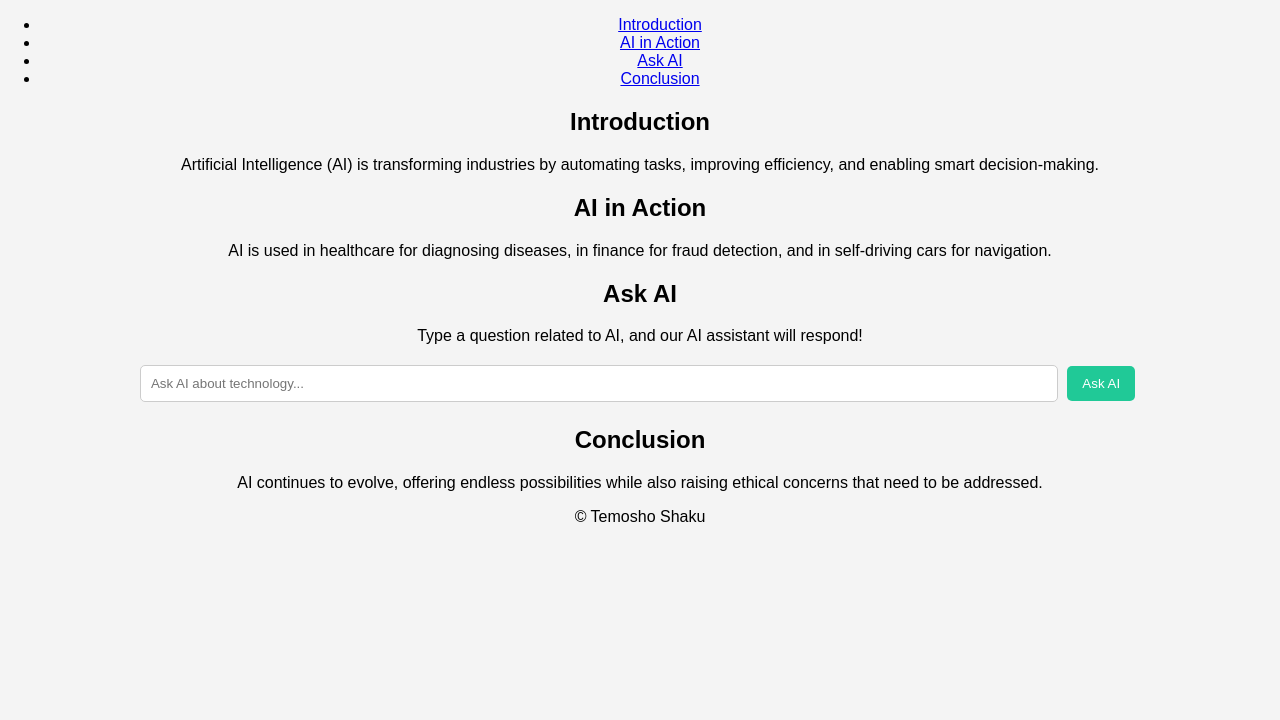
Repository: TemoshoS/ai
Page: index.html
The author's editor kept a copy of each file at every save. The page is drawn from the files as they stood at one save, then again after the next save.
The browser window is 1280 px wide. The pictures show the whole page.

Above is the page before, as saved 2025-02-16 13:58:58.
Console error: TypeError: Cannot read properties of null (reading 'addEventListener')

### index.html
<!DOCTYPE html>
<html lang="en">
<head>
    <meta charset="UTF-8">
    <meta name="viewport" content="width=device-width, initial-scale=1.0">
    <title>AI Revolution</title>
    <link rel="stylesheet" href="styles.css">
</head>
<body>

    <nav>
        <ul>
            <li><a href="#intro">Introduction</a></li>
            <li><a href="#body">AI in Action</a></li>
            <li><a href="#chatbot">Ask AI</a></li>
            <li><a href="#conclusion">Conclusion</a></li>
        </ul>
    </nav>

    <section id="intro">
        <h2>Introduction</h2>
        <p>Artificial Intelligence (AI) is transforming industries by automating tasks, improving efficiency, and enabling smart decision-making.</p>
    </section>

    <section id="body">
        <h2>AI in Action</h2>
        <p>AI is used in healthcare for diagnosing diseases, in finance for fraud detection, and in self-driving cars for navigation.</p>
    </section>

    <section id="chatbot">
        <h2>Ask AI</h2>
        <p>Type a question related to AI, and our AI assistant will respond!</p>
        <input type="text" id="userInput" placeholder="Ask AI about technology...">
        <button id="askAI">Ask AI</button>
        <p id="aiResponse"></p>
    </section>

    <section id="conclusion">
        <h2>Conclusion</h2>
        <p>AI continues to evolve, offering endless possibilities while also raising ethical concerns that need to be addressed.</p>
    </section>

    <footer>
        <p>&copy;  Temosho Shaku</p>
    </footer>

    <script src="script.js"></script>
</body>
</html>

### styles.css
body {
    font-family: Arial, sans-serif;
    text-align: center;
    margin: 0;
    background: #f4f4f4;
}

.presentation {
    max-width: 800px;
    margin: 50px auto;
    background: white;
    padding: 20px;
    border-radius: 8px;
    box-shadow: 0px 0px 10px rgba(0, 0, 0, 0.1);
    position: relative;
}

.slide {
    display: none;
    padding: 20px;
}

.slide.active {
    display: block;
    animation: fade 0.5s ease-in-out;
}

@keyframes fade {
    from { opacity: 0; }
    to { opacity: 1; }
}

.controls {
    margin-top: 20px;
}

button {
    background: #20C997;
    color: white;
    padding: 10px 15px;
    border: none;
    cursor: pointer;
    margin: 5px;
    border-radius: 5px;
}

button:hover {
    background: #17a589;
}

input {
    padding: 10px;
    width: 70%;
    border: 1px solid #ccc;
    border-radius: 5px;
}

#aiResponse {
    font-weight: bold;
    color: #333;
    margin-top: 15px;
}

### script.js
let slides = document.querySelectorAll(".slide");
let currentSlide = 0;

document.getElementById("next").addEventListener("click", function () {
    changeSlide(1);
});

document.getElementById("prev").addEventListener("click", function () {
    changeSlide(-1);
});

function changeSlide(direction) {
    slides[currentSlide].classList.remove("active");
    currentSlide += direction;

    if (currentSlide < 0) {
        currentSlide = slides.length - 1;
    } else if (currentSlide >= slides.length) {
        currentSlide = 0;
    }

    slides[currentSlide].classList.add("active");
}

// AI Fake Response
document.getElementById("askAI").addEventListener("click", function () {
    let userInput = document.getElementById("userInput").value.trim();

    if (!userInput) {
        alert("Please enter a question!");
        return;
    }

    document.getElementById("aiResponse").innerText = "Thinking...";

    setTimeout(() => {
        let fakeResponses = [
            "AI helps automate repetitive tasks.",
            "Machine learning enables computers to learn from data.",
            "AI is used in chatbots, self-driving cars, and healthcare.",
            "AI raises ethical concerns, including bias and job automation.",
            "AI can improve cybersecurity by detecting threats."
        ];

        let randomResponse = fakeResponses[Math.floor(Math.random() * fakeResponses.length)];

        document.getElementById("aiResponse").innerText = randomResponse;
    }, 1500);
});

After the next save:
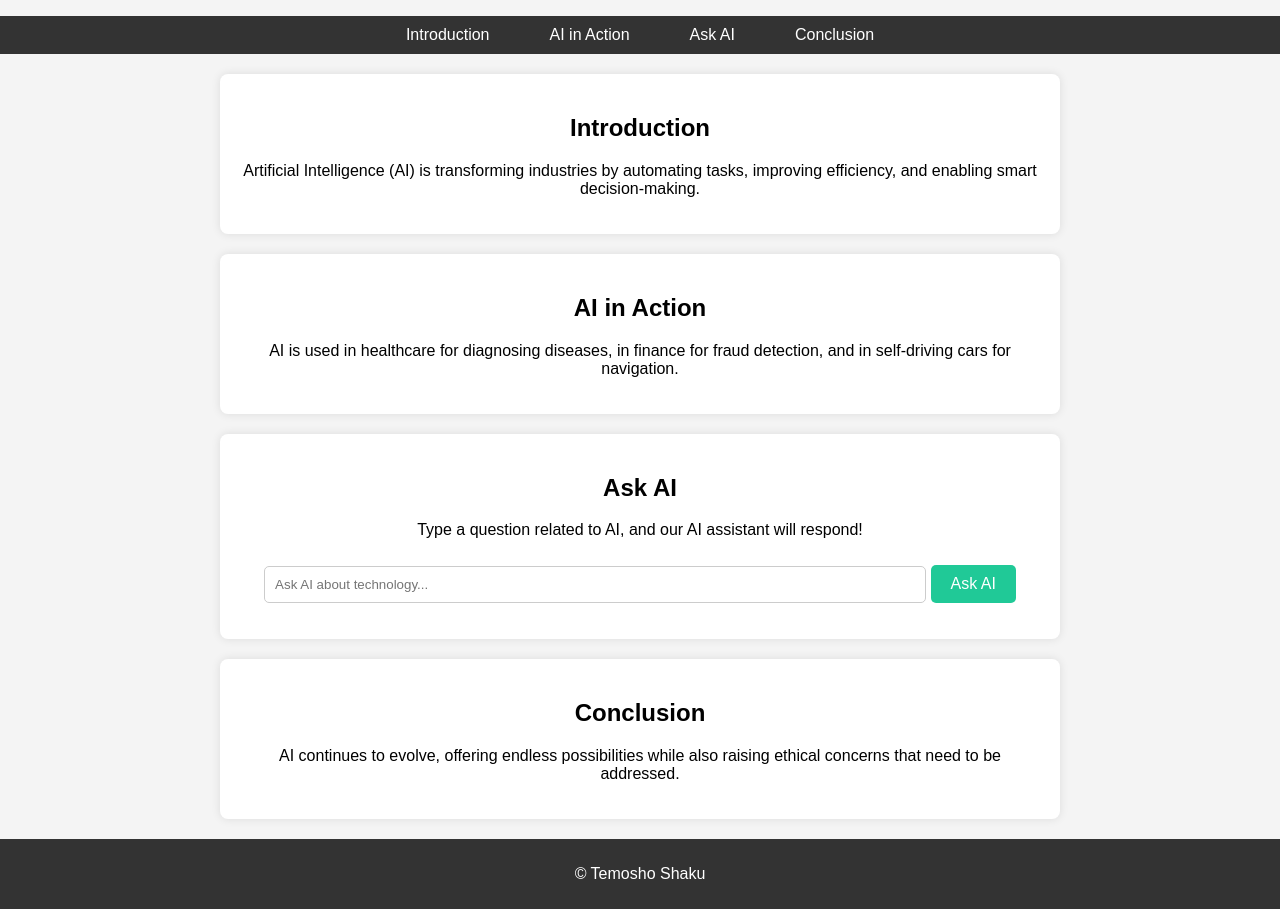
Saved 8 s later.
--- a/styles.css
+++ b/styles.css
@@ -1,58 +1,72 @@
 body {
     font-family: Arial, sans-serif;
+    margin: 0;
+    padding: 0;
+    background-color: #f4f4f4;
     text-align: center;
-    margin: 0;
-    background: #f4f4f4;
 }
 
-.presentation {
-    max-width: 800px;
-    margin: 50px auto;
-    background: white;
-    padding: 20px;
-    border-radius: 8px;
-    box-shadow: 0px 0px 10px rgba(0, 0, 0, 0.1);
-    position: relative;
-}
-
-.slide {
-    display: none;
+header {
+    background-color: #20C997;
+    color: white;
     padding: 20px;
 }
 
-.slide.active {
-    display: block;
-    animation: fade 0.5s ease-in-out;
+nav ul {
+    list-style: none;
+    padding: 0;
+    background: #333;
+    display: flex;
+    justify-content: center;
 }
 
-@keyframes fade {
-    from { opacity: 0; }
-    to { opacity: 1; }
+nav ul li {
+    margin: 0 15px;
 }
 
-.controls {
+nav ul li a {
+    color: white;
+    text-decoration: none;
+    padding: 10px 15px;
+    display: block;
+}
+
+nav ul li a:hover {
+    background-color: #20C997;
+    border-radius: 5px;
+}
+
+section {
+    padding: 20px;
+    max-width: 800px;
+    margin: auto;
+    background: white;
     margin-top: 20px;
+    border-radius: 8px;
+    box-shadow: 0px 0px 10px rgba(0, 0, 0, 0.1);
+}
+
+input {
+    padding: 10px;
+    width: 80%;
+    border: 1px solid #ccc;
+    border-radius: 5px;
+    margin-top: 10px;
 }
 
 button {
-    background: #20C997;
+    background-color: #20C997;
     color: white;
-    padding: 10px 15px;
+    padding: 10px 20px;
     border: none;
+    font-size: 16px;
     cursor: pointer;
-    margin: 5px;
+    margin-top: 10px;
     border-radius: 5px;
 }
 
 button:hover {
-    background: #17a589;
-}
-
-input {
-    padding: 10px;
-    width: 70%;
-    border: 1px solid #ccc;
-    border-radius: 5px;
+    background-color: #17a589;
 }
 
 #aiResponse {
@@ -60,3 +74,10 @@ input {
     color: #333;
     margin-top: 15px;
 }
+
+footer {
+    margin-top: 20px;
+    background-color: #333;
+    color: white;
+    padding: 10px;
+}
